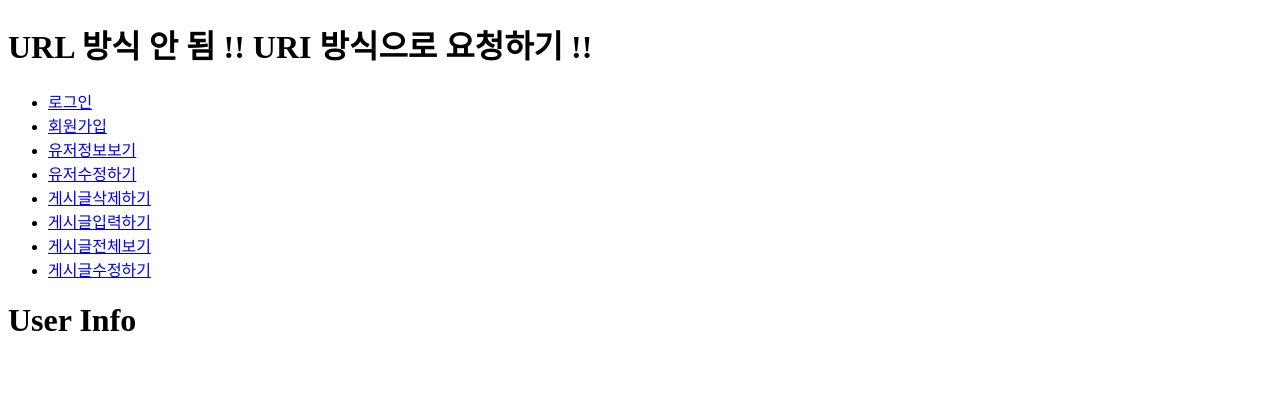
Repository: iron-ee/JSP
Page: http://localhost/hello/user/selectOne.jsp
The author's editor kept a copy of each file at every save. The page is drawn from the files as they stood at one save, then again after the next save.
The browser window is 1280 px wide. The pictures show the whole page.
The page is served by Tomcat 9. Other server files are loaded and not shown.

Above is the page before, as saved 2020-12-21 07:24:31.

### hello/WebContent/user/selectOne.jsp
<%@ page language="java" contentType="text/html; charset=UTF-8"
    pageEncoding="UTF-8"%>
<%@ include file = "../layout/header.jsp" %>
<h1>User Info</h1>
</body>
</html>

### hello/WebContent/layout/header.jsp
<%@ page language="java" contentType="text/html; charset=UTF-8"
    pageEncoding="UTF-8"%>

<%
	String contextPath = request.getContextPath();
%>

<!DOCTYPE html>
<html>
<head>
<meta charset="UTF-8">
<title>Insert title here</title>
</head>
<body>
<h1>URL 방식 안 됨 !! URI 방식으로 요청하기 !!</h1>
<ul>
	<li><a href="/hello/user?gubun=login">로그인</a></li>
	<li><a href="/hello/user?gubun=join">회원가입</a></li>
	<li><a href="/hello/user?gubun=selectOne">유저정보보기</a></li>
	<li><a href="/hello/user?gubun=updateOne">유저수정하기</a></li>
	<li><a href="/hello/board?gubun=deleteOne">게시글삭제하기</a></li>
	<li><a href="/hello/board?gubun=insertOne">게시글입력하기</a></li>
	<li><a href="/hello/board?gubun=selectAll">게시글전체보기</a></li>
	<li><a href="/hello/board?gubun=updateOne">게시글수정하기</a></li>
</ul>

After the next save:
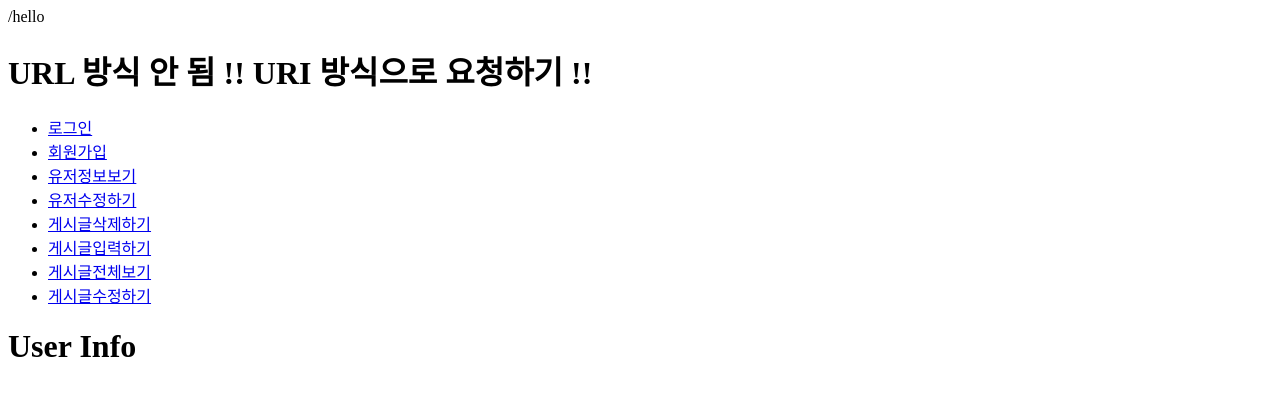
Saved 9 min 50 s later.
--- a/hello/WebContent/layout/header.jsp
+++ b/hello/WebContent/layout/header.jsp
@@ -4,6 +4,8 @@
 <%
 	String contextPath = request.getContextPath();
 %>
+
+<%=contextPath %>
 
 <!DOCTYPE html>
 <html>
@@ -14,12 +16,12 @@
 <body>
 <h1>URL 방식 안 됨 !! URI 방식으로 요청하기 !!</h1>
 <ul>
-	<li><a href="/hello/user?gubun=login">로그인</a></li>
-	<li><a href="/hello/user?gubun=join">회원가입</a></li>
-	<li><a href="/hello/user?gubun=selectOne">유저정보보기</a></li>
-	<li><a href="/hello/user?gubun=updateOne">유저수정하기</a></li>
-	<li><a href="/hello/board?gubun=deleteOne">게시글삭제하기</a></li>
-	<li><a href="/hello/board?gubun=insertOne">게시글입력하기</a></li>
-	<li><a href="/hello/board?gubun=selectAll">게시글전체보기</a></li>
-	<li><a href="/hello/board?gubun=updateOne">게시글수정하기</a></li>
+	<li><a href="<%=contextPath %>/user?gubun=login">로그인</a></li>
+	<li><a href="<%=contextPath %>/user?gubun=join">회원가입</a></li>
+	<li><a href="<%=contextPath %>/user?gubun=selectOne">유저정보보기</a></li>
+	<li><a href="<%=contextPath %>/user?gubun=updateOne">유저수정하기</a></li>
+	<li><a href="<%=contextPath %>/board?gubun=deleteOne">게시글삭제하기</a></li>
+	<li><a href="<%=contextPath %>/board?gubun=insertOne">게시글입력하기</a></li>
+	<li><a href="<%=contextPath %>/board?gubun=selectAll">게시글전체보기</a></li>
+	<li><a href="<%=contextPath %>/board?gubun=updateOne">게시글수정하기</a></li>
 </ul>

After the save that followed:
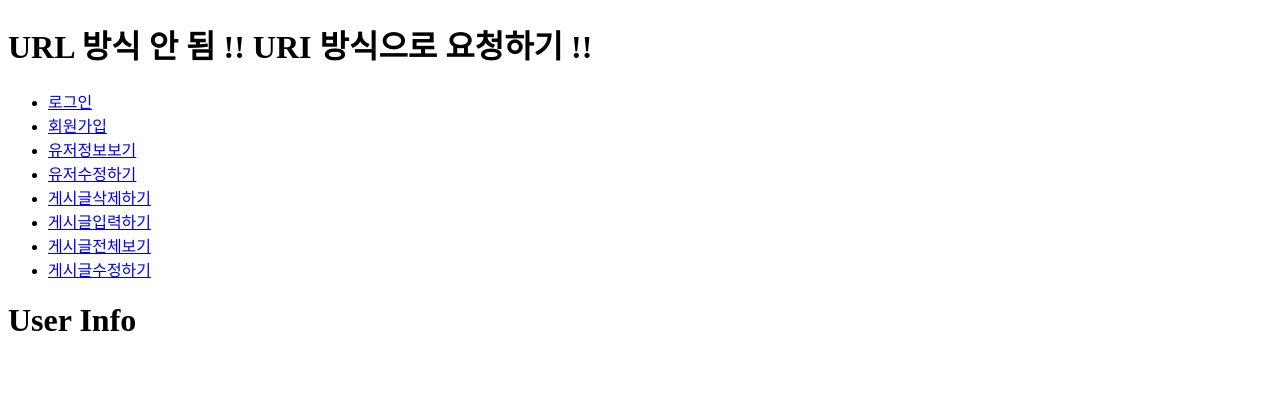
Saved 8 s later.
--- a/hello/WebContent/layout/header.jsp
+++ b/hello/WebContent/layout/header.jsp
@@ -4,8 +4,6 @@
 <%
 	String contextPath = request.getContextPath();
 %>
-
-<%=contextPath %>
 
 <!DOCTYPE html>
 <html>
